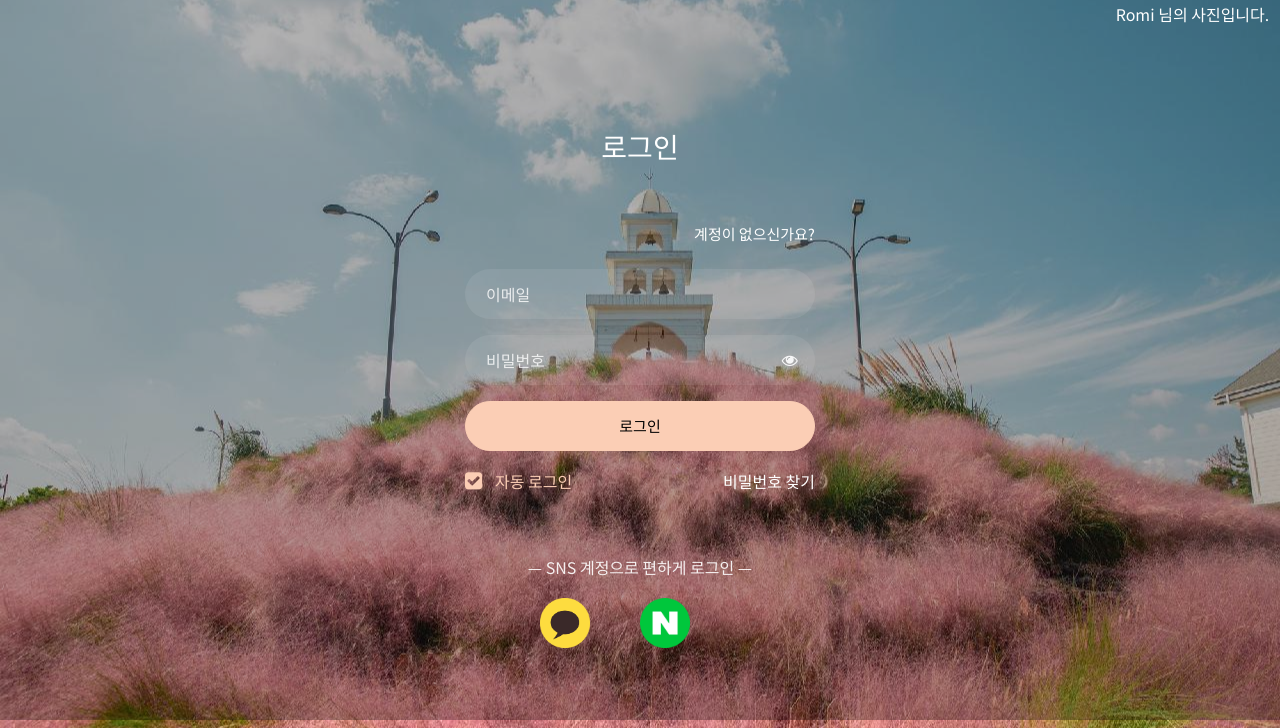
Repository: jangseohyun/LEGGO_2021
Page: http://localhost/PrjApp/Login.jsp
An editor plug-in stored every save of this project. The page is shown before and after the next save, followed by the edit.
The browser window is 1280 px wide. The pictures show the whole page.
The page is served by Tomcat 9.

Above is the page before, as saved 2021-06-26 11:28:17.

After the next save:
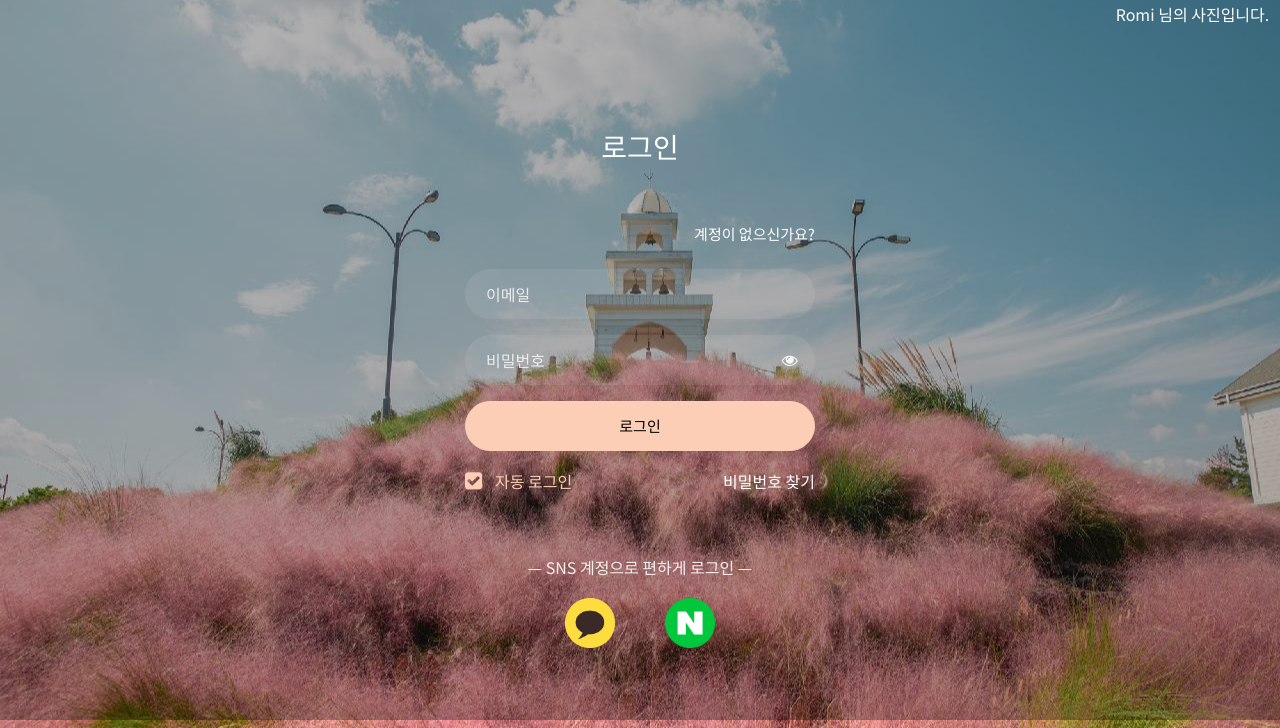
Saved 10 s later.
--- a/PrjApp/WebContent/Login.jsp
+++ b/PrjApp/WebContent/Login.jsp
@@ -79,7 +79,7 @@
 						<div class="social d-flex" style="text-align: center;">
 							<div style="width: 100px;"><img src="images/kakao_login.png" width="50px"></div>
 							<div style="width: 100px;"><img src="images/naver_login.png" width="50px" style="border-radius: 5px;"></div>
-							<div class="googlelogin g-signin2" style="width: 50px; height: 50px; border-radius: 10px;" data-longtitle="true" data-onsuccess="onSignIn"></div>
+							<div class="googlelogin g-signin2" data-width="50" data-height="50" data-longtitle="true" data-onsuccess="onSignIn"></div>
 						</div>
 					</div>
 				</div>

After the save that followed:
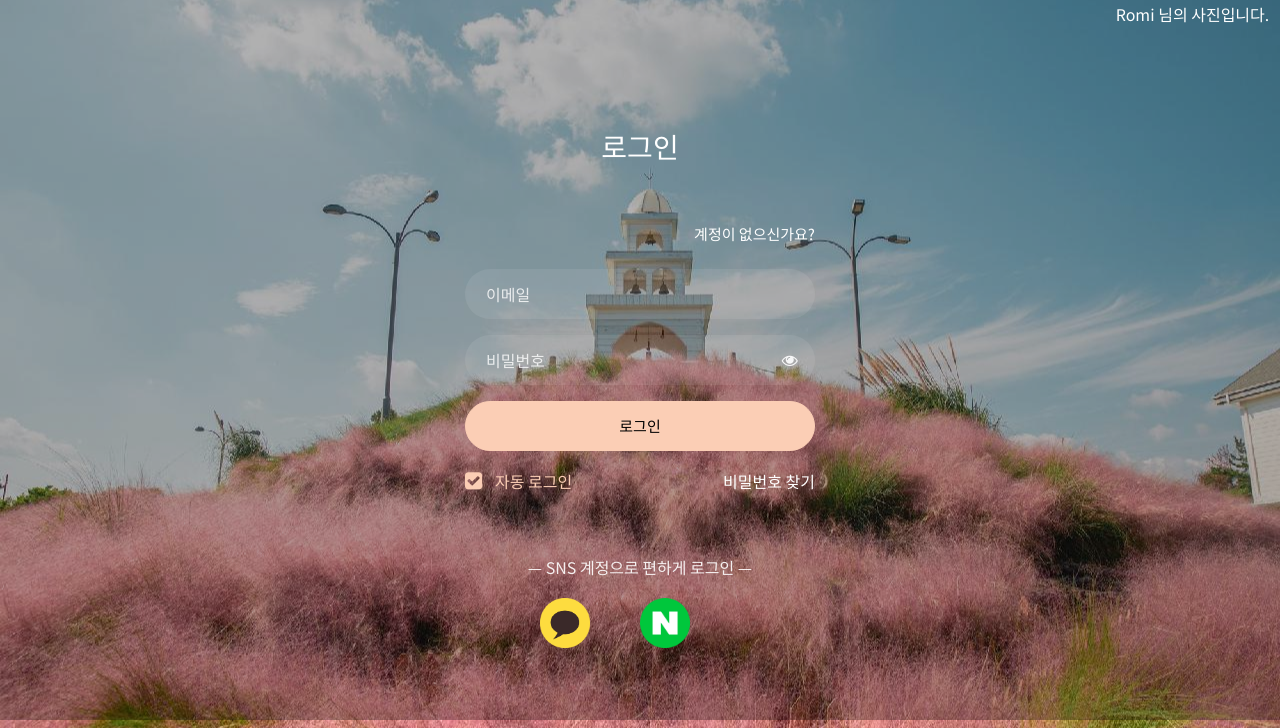
Saved 31 s later.
--- a/PrjApp/WebContent/Login.jsp
+++ b/PrjApp/WebContent/Login.jsp
@@ -76,7 +76,7 @@
 							</div>
 						</form>
 						<br><p class="w-100 text-center" style="font-family: 'Noto Sans KR', sans-serif;">&mdash; SNS 계정으로 편하게 로그인 &mdash;</p>
-						<div class="social d-flex" style="text-align: center;">
+						<div class="social d-flex">
 							<div style="width: 100px;"><img src="images/kakao_login.png" width="50px"></div>
 							<div style="width: 100px;"><img src="images/naver_login.png" width="50px" style="border-radius: 5px;"></div>
 							<div class="googlelogin g-signin2" data-width="50" data-height="50" data-longtitle="true" data-onsuccess="onSignIn"></div>
